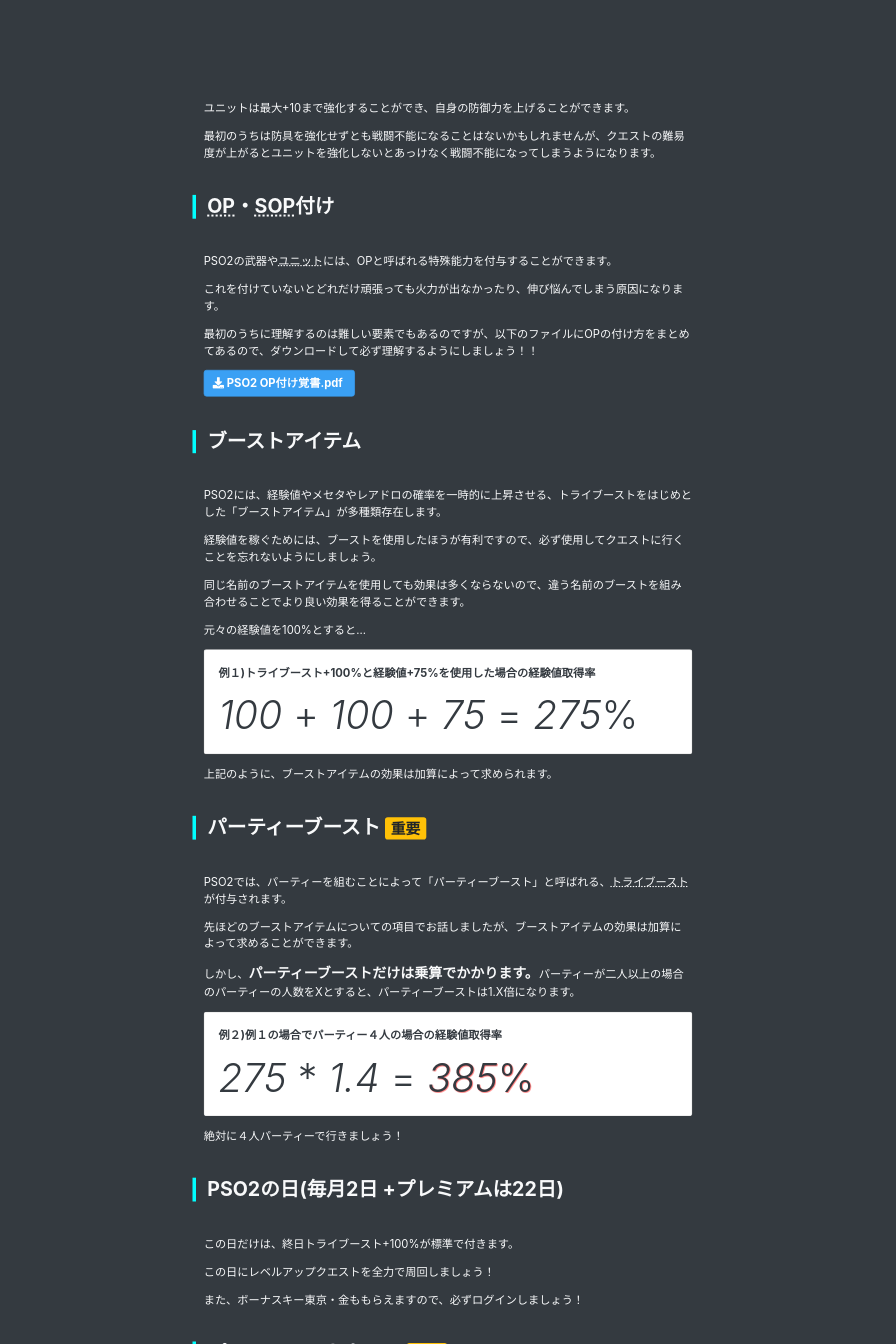
Repository: milkyahonpo/Website_source
Page: docs/capture.html
An editor plug-in stored every save of this project. The page is shown before and after the next save, followed by the edit.
The browser window is 1280 px wide. The pictures show the part of the page from y = 3819 to 5739 px (the page is 10731 px tall before and 10771 px after), at 70% of full size.
Pictures or frames that could not be fetched are drawn as grey boxes. Some web libraries are served in a nearby version.

Above is the page before, as saved 2020-02-03 10:08:29.

### docs/capture.html
<!DOCTYPE html>
<html lang="ja">
  <head>
    <!-- Required meta tags -->
    <meta charset="utf-8">
    <meta name="viewport" content="width=device-width, initial-scale=1, shrink-to-fit=no">
    <!-- Bootstrap CSS -->
    <link rel="stylesheet" href="https://stackpath.bootstrapcdn.com/bootstrap/4.3.1/css/bootstrap.min.css" integrity="sha384-ggOyR0iXCbMQv3Xipma34MD+dH/1fQ784/j6cY/iJTQUOhcWr7x9JvoRxT2MZw1T" crossorigin="anonymous">
    <!-- My CSS -->
    <link rel="stylesheet" href="css/capture.css">
    <!-- favicon -->
    <link rel="shortcut icon" href="img/favicon.ico">
    <!-- Font Awesome -->
    <link href="https://use.fontawesome.com/releases/v5.6.1/css/all.css" rel="stylesheet">
    <!-- Google Fonts -->
    <link href="https://fonts.googleapis.com/css?family=Titillium+Web&display=swap" rel="stylesheet">

    <title>みるく屋本舗 - 攻略本 -</title>
  </head>

  <body>
  <!-- Navigation -->
  <nav class="navbar navbar-expand-lg navbar-light fixed-top py-3" id="mainNav">
    <div class="container">
      <a class="navbar-brand" href="index.html">
        <img src="./img/logo.png" width="50" height="50" alt="">
        <b>みるく屋本舗</b>
      </a>
      <button class="navbar-toggler navbar-togglar-right" type="button" data-toggle="collapse" data-target="#navbarResponsive" aria-controls="navbarResponsive" aria-expanded="false" aria-label="Toggle navigation">
        <span class="navbar-toggler-icon"></span>
      </button>
      <div class="collapse navbar-collapse" id="navbarResponsive">
        <ul class="navbar-nav ml-auto my-2 my-lg-0">
          <li class="nav-item">
            <a class="nav-link js-scroll-trigger" href="#basic">基礎知識</a>
          </li>
          <li class="nav-item">
            <a class="nav-link js-scroll-trigger" href="#lv1-50">Lv01～Lv50</a>
          </li>
          <li class="nav-item">
            <a class="nav-link js-scroll-trigger" href="#lv51-75">Lv51～Lv75</a>
          </li>
          <li class="nav-item">
            <a class="nav-link js-scroll-trigger" href="#lv76-80">Lv76～Lv80</a>
          </li>
          <li class="nav-item">
            <a class="nav-link js-scroll-trigger" href="#lv81-90">Lv81～Lv90</a>
          </li>
        </ul>
      </div>
    </div>
  </nav>
  <!-- About Section -->
  <section class="page-section h-100 bg-dark text-light">
    <div class="container h-100">
      <div class="row h-100 justify-content-center align-items-center">
        <div class="col-lg-8">
          <h2 class="display-1 mt-0 font-weight-bold text-center"><span style="color: cyan;">攻</span>略本</h2>
          <hr class="divider my-4">
          <p class="lead text-center">チムメンに役立つ育成情報を掲載します！</p>
          <p class="text-center"><small>最終更新 : 2020/01/23</small></p>
        </div>
      </div>
    </div>
  </section>

  <div class="page-section bg-dark text-light">
    <div class="container">
      <div class="row py-5 justify-content-center" id="basic">
        <div class="col-md-8">
          <h2 class="font-weight-bold">基礎知識</h2>
          <h3 class="my-5 pl-3"><strong class="font-weight-bold">メインクラスとサブクラス</strong></h3>
          <div class="px-3">
            <div>
              PSO2には「メインクラス」と「サブクラス」があります。
              <ul>
                <li>「メインクラス」装備できる武器に影響するクラス</li>
                <li>「サブクラス」一部のスキルとステータスの影響を受けるクラス<br>
              </ul>
              以下にクラス一覧と、その装備できる武器について示します。
            </div>
            <p class="alert alert-info">ガンスラッシュはどのクラスでも使用することができます。</p>
            <h4>通常クラス</h4>
            <table class="table table-striped table-hover my-3 table-dark">
              <tr><th>アイコン</th><th>クラス名</th><th>略称</th><th>装備できる武器</th></tr>
              <tr><td><img class="img-thumbnail" src="img/Hu.png"　style="display: inline-block" width="50px" height="auto"></td><td><a href="https://pso2.swiki.jp/index.php?%E3%83%8F%E3%83%B3%E3%82%BF%E3%83%BC">ハンター</a></td><td>Hu</td><td><ul><li>ソード</li><li>ワイヤードランス</li><li>パルチザン</li></ul></td></tr>
              <tr><td><img class="img-thumbnail" src="img/Fi.png"　style="display: inline-block" width="50px" height="auto"></td><td><a href="https://pso2.swiki.jp/index.php?%E3%83%95%E3%82%A1%E3%82%A4%E3%82%BF%E3%83%BC">ファイター</a></td><td>Fi</td><td><ul><li>ツインダガー</li><li>ダブルセイバー</li><li>ナックル</li></ul></td></tr>
              <tr><td><img class="img-thumbnail" src="img/Ra.png"　style="display: inline-block" width="50px" height="auto"></td><td><a href="https://pso2.swiki.jp/index.php?%E3%83%AC%E3%83%B3%E3%82%B8%E3%83%A3%E3%83%BC">レンジャー</a></td><td>Ra</td><td><ul><li>ランチャー</li><li>アサルトライフル</li></ul></td></tr>
              <tr><td><img class="img-thumbnail" src="img/Gu.png"　style="display: inline-block" width="50px" height="auto"></td><td><a href="https://pso2.swiki.jp/index.php?%E3%82%AC%E3%83%B3%E3%83%8A%E3%83%BC">ガンナー</a></td><td>Gu</td><td><ul><li>ツインマシンガン</li><li>アサルトライフル</li></ul></td></tr>
              <tr><td><img class="img-thumbnail" src="img/Fo.png"　style="display: inline-block" width="50px" height="auto"></td><td><a href="https://pso2.swiki.jp/index.php?%E3%83%95%E3%82%A9%E3%83%BC%E3%82%B9">フォース</a></td><td>Fo</td><td><ul><li>ロッド</li><li>タリス</li></ul></td></tr>
              <tr><td><img class="img-thumbnail" src="img/Te.png"　style="display: inline-block" width="50px" height="auto"></td><td><a href="https://pso2.swiki.jp/index.php?%E3%83%86%E3%82%AF%E3%82%BF%E3%83%BC">テクター</a></td><td>Te</td><td><ul><li>ウォンド</li><li>タリス</li></ul></td></tr>
              <tr><td><img class="img-thumbnail" src="img/Br.png"　style="display: inline-block" width="50px" height="auto"></td><td><a href="https://pso2.swiki.jp/index.php?%E3%83%96%E3%83%AC%E3%82%A4%E3%83%90%E3%83%BC">ブレイバー</a></td><td>Br</td><td><ul><li>カタナ</li><li>バレットボウ</li></ul></td></tr>
              <tr><td><img class="img-thumbnail" src="img/Bo.png"　style="display: inline-block" width="50px" height="auto"></td><td><a href="https://pso2.swiki.jp/index.php?%E3%83%90%E3%82%A6%E3%83%B3%E3%82%B5%E3%83%BC">バウンサー</a></td><td>Bo</td><td><ul><li>ジェットブーツ</li><li>デュアルブレード</li></ul></td></tr>
              <tr><td><img class="img-thumbnail" src="img/Su.png"　style="display: inline-block" width="50px" height="auto"></td><td><a href="https://pso2.swiki.jp/index.php?%E3%82%B5%E3%83%A2%E3%83%8A%E3%83%BC">サモナー</a></td><td>Su</td><td><ul><li>タクト</li></ul></td></tr >
            </table>
            <div class="my-5">
              <p>これらの通常クラスのいずれか２つをレベル75にすることで選択可能になる<strong class="lead font-weight-bold">「後継クラス」</strong>というものがあります。</p>
              <p>後継クラスは現状で３つあり、ファントムとエトワールはサブクラスとしてセットすることができますが、メインクラスとして使う場合、<strong class="lead font-weight-bold">全てサブクラスをセットすることができません。</strong>その代わりに、各クラス特徴のある強力なクラススキルを有しており、非常に優秀なクラスとなっています。</p>
            </div>
            <h4>後継クラス</h4>
            <table class="table table-striped table-hover my-3 table-dark">
              <tr><th>アイコン</th><th>クラス名</th><th>略称</th><th>装備できる武器</th></tr>
              <tr><td><img class="img-thumbnail" src="img/Hr.png"　style="display: inline-block" width="50px" height="auto"></td class="align-items-center"><td><a href="https://pso2.swiki.jp/index.php?%E3%83%92%E3%83%BC%E3%83%AD%E3%83%BC">ヒーロー</a></td><td>Hr</td><td><ul><li>ソード</li><li>ツインマシンガン</li><li>タリス</li></ul></td></tr>
              <tr><td><img class="img-thumbnail" src="img/Ph.png"　style="display: inline-block" width="50px" height="auto"></td><td><a href="https://pso2.swiki.jp/index.php?%E3%83%95%E3%82%A1%E3%83%B3%E3%83%88%E3%83%A0">ファントム</a></td><td>Ph</td><td><ul><li>カタナ</li><li>アサルトライフル</li><li>ロッド</li></td></tr>
              <tr><td><img class="img-thumbnail" src="img/Et.png"　style="display: inline-block" width="50px" height="auto"></td><td><a href="https://pso2.swiki.jp/index.php?%E3%82%A8%E3%83%88%E3%83%AF%E3%83%BC%E3%83%AB">エトワール</a></td><td>Et</td><td><ul><li>ダブルセイバー</li><li>デュアルブレード</li><li>ウォンド</li></td></tr>
            </table>
            <p>「メインクラス」は、当然ですが入手した経験値の100%が加算されます。</p>
            <p>「サブクラス」も、セットしておくだけでサブクラスがレベル70までは<strong class="lead font-weight-bold">メインクラスが獲得した経験値の25%</strong>が加算されます。</p>
            <p>そのため、必ずサブクラスをつけておきましょう。</p>
          </div>
          <h3 class="my-5 pl-3"><strong class="font-weight-bold">武器やユニットの強化</strong></h3>
          <div class="px-3">
            <p>入手した武器やユニットを強化することで、より強力なものにすることができます。</p>
            <p>2016/04/20以降に実装された武器は「新世武器」と呼ばれ、現状主力の武器などは基本的に全てこれにあたります。</p>
            <p>新世武器は最大+35まで強化することができ、+10ごとに武器ごとに設定されている潜在能力という強力な能力が解放され、最大Lv3になります。</p>
            <div class="movie-box">
              <iframe width="560" height="315" src="https://www.youtube-nocookie.com/embed/dSWcW5Sa8bw" frameborder="0" allow="accelerometer; autoplay; encrypted-media; gyroscope; picture-in-picture" allowfullscreen></iframe>
              <iframe width="560" height="315" src="https://www.youtube-nocookie.com/embed/HepugsvGa0Y" frameborder="0" allow="accelerometer; autoplay; encrypted-media; gyroscope; picture-in-picture" allowfullscreen></iframe>
            </div>
            <p>ユニットは最大+10まで強化することができ、自身の防御力を上げることができます。</p>
            <p>最初のうちは防具を強化せずとも戦闘不能になることはないかもしれませんが、クエストの難易度が上がるとユニットを強化しないとあっけなく戦闘不能になってしまうようになります。</p>
          </div>
          <h3 class="my-5 pl-3"><strong class="font-weight-bold"><abbr title="特殊能力(DL先のファイルに詳細)">OP</abbr>・<abbr title="S級特殊能力(DL先のファイルに詳細)">SOP</abbr>付け</strong></h3>
          <div class="px-3">
            <p>PSO2の武器や<abbr title="防具のこと">ユニット</abbr>には、OPと呼ばれる特殊能力を付与することができます。</p>
            <p>これを付けていないとどれだけ頑張っても火力が出なかったり、伸び悩んでしまう原因になります。</p>
            <p>最初のうちに理解するのは難しい要素でもあるのですが、以下のファイルにOPの付け方をまとめてあるので、ダウンロードして必ず理解するようにしましょう！！</p>
            <a class="text-decoration-none" href="./document/PSO2 OP付け覚書.pdf" download="PSO2 OP付け覚書.pdf">
              <button class="btn btn-primary">
                <span class="text-decoration-none"><i class="fas fa-download"></i><b class="px-1">PSO2 OP付け覚書.pdf</b></span>
              </button>
            </a>
          </div>
          <h3 class="my-5 pl-3"><strong class="font-weight-bold">ブーストアイテム</strong></h3>
          <div class="px-3">
            <p>PSO2には、経験値やメセタやレアドロの確率を一時的に上昇させる、トライブーストをはじめとした「ブーストアイテム」が多種類存在します。</p>
            <p>経験値を稼ぐためには、ブーストを使用したほうが有利ですので、必ず使用してクエストに行くことを忘れないようにしましょう。</p>
            <p>同じ名前のブーストアイテムを使用しても効果は多くならないので、違う名前のブーストを組み合わせることでより良い効果を得ることができます。</p>
            <p>元々の経験値を100%とすると...</p>
            <div class="card mb-3 text-dark">
              <div class="card-body">
              <p><b>例１)トライブースト+100%と経験値+75%を使用した場合の経験値取得率</b></p>
              <strong class="my-1 display-4"><var>100</var> + <var>100</var> + <var>75</var> = <var>275</var>%</strong>
              </div>
            </div>
            <p>上記のように、ブーストアイテムの効果は加算によって求められます。</p>
          </div>
          <h3 class="my-5 pl-3"><strong class="font-weight-bold">パーティーブースト </strong><span class="badge badge-warning">重要</span></h3>
          <div class="px-3">
            <p>PSO2では、パーティーを組むことによって「パーティーブースト」と呼ばれる、<abbr title="略称「トラブ」 メセタ、レアドロ、経験値獲得量UP">トライブースト</abbr>が付与されます。</p>
            <p>先ほどのブーストアイテムについての項目でお話しましたが、ブーストアイテムの効果は加算によって求めることができます。</p>
            <p>しかし、<strong class="lead font-weight-bold">パーティーブーストだけは乗算でかかります。</strong>パーティーが二人以上の場合のパーティーの人数をXとすると、パーティーブーストは1.X倍になります。</p>
            <div class="card mb-3 text-dark">
              <div class="card-body">
              <p><b>例２)例１の場合でパーティー４人の場合の経験値取得率</b></p>
              <strong class="my-1 display-4"><var>275</var> * <var>1.4</var> = <span class="enh"><var>385</var>%</span></strong><br>
              </div>
            </div>
            <p>絶対に４人パーティーで行きましょう！</p>
          </div>
          <h3 class="my-5 pl-3"><strong class="font-weight-bold">PSO2の日(毎月2日 +プレミアムは22日)</strong></h3>
          <div class="px-3">
            <p>この日だけは、終日トライブースト+100%が標準で付きます。</p>
            <p>この日にレベルアップクエストを全力で周回しましょう！</p>
            <p>また、ボーナスキー東京・金ももらえますので、必ずログインしましょう！</p>
          </div>
          <h3 class="my-5 pl-3"><strong class="font-weight-bold">プレミアムアカウント </strong><span class="badge badge-warning">重要</span></h3>
          <div class="px-3">
            <p>プレミアムアカウントだと、その期間は常にトライブースト+50%が付与されます。</p>
            <p>また、プレミアムアカウントだとプレミアムドリンクを飲むことができ、確定で経験値UPの効果を得られるドリンクを飲むことができます！</p>
            <p>一応ノーマルアカウントでもランダムで出ますが、そちらは+10%でこちらは+15%なので、地味にありがたいことであったりします。</p>
            <p>その他多くのメリットがあり、非常におすすめです。詳細は以下からご確認ください。</p>
            <a href="http://pso2.jp/players/manual/preparations/ac/#sys-manual-513"><button class="btn btn-primary"><i class="fas fa-question-circle"></i> プレミアムアカウントについて</button></a>
          </div>
        </div>
      </div>
      <div class="row py-5 justify-content-center" id="lv1-50">
        <div class="col-lg-8">
          <h2><b>Lv01～50</b></h2>
          <h3 class="my-5 pl-3"><strong class="font-weight-bold">クエストに行かない！</strong></h3>
          <div class="px-3">
            <p>それが大事です。ひたすらに。</p>
            <p>理由としては、難易度的にも効率的にも、経験値がおいしくないからです。</p>
            <p>初心者として始めた時点だと、倉庫に「経験値獲得チケット」が眠っているので、まずはそれを使ってドシドシとレベルを上げていきましょう！</p>
            <p>１レベル上がるのに必要な経験値が一気に上がるのは41レベル以降なので、そこまでは一気に上がっていくはずです。</p>
            <p><strong class="lead font-weight-bold">しかし！！</strong>以下の注意点があります...</p>
          </div>
          <h3 class="my-5 pl-3"><strong class="font-weight-bold">レベル制限解除試練・Ⅰ<span class="mx-3">or</span>Ⅱ</strong></h3>
          <div class="px-3">
            <p><strong class="lead font-weight-bold">ゲートエリアのNPCコフィーのクライアントオーダー</strong>から、Ⅰはクラスレベル20、Ⅱはクラスレベル35になると受けることができます。</p>
            <p>このオーダーをクリアしておかないと、レベル30とレベル40の時点で<abbr title="レベルがそれ以上上がらない状態になること">レベルキャップ</abbr>を迎えてしまいます。そうなると経験値チケットを使用しても無駄になるだけなので、しっかりと解放しておきましょう！</p>
          </div>
        </div>
      </div>
      <div class="row py-5 justify-content-center" id="lv51-75">
        <div class="col-lg-8">
          <h2 class="mb-5"><b>Lv51～75</b></h2>
          <h3 class="my-5 pl-3"><strong class="font-weight-bold">ボーナスキー</strong></h3>
          <div class="px-3">
            <p><strong class="lead font-weight-bold">ここまで取っておいた君！よく我慢した！！！</strong></p>
            <p>ボーナスキーは有効期限がありますので、ここらで使うのも手ではないでしょうか。</p>
            <p>しかし、ボーナスクエストは、自身の現在のレベルに比例して取得できる経験値量が増加します。</p>
            <p>自身のレベルが80になると、取得できる経験値量の変動が頭打ちになるので、そこで使うのがもっとも効率が良い方法になります。</p>
            <p><strong class="lead font-weight-bold">PSO2の日はボーナスクエストにも経験値+100%がつく</strong>ので、期限がもつならその時に行きましょう！</p>
          </div>
          <h3 class="my-5 pl-3"><strong class="font-weight-bold">暗影渦巻く壊れた世界SH </strong><span class="badge badge-warning">重要</span></h3>
          <div class="px-3">
            <p>これより経験値がおいしいクエストは、他にはボーナスキーしかないレベルです。</p>
            <p>圧倒的経験値効率を誇るクエストなので、レベリングには必ず行きましょう！</p>
            <p><strong class="lead font-weight-bold">レベルアップクエストの仕様上、5日周期で1日来る</strong>ので必ずチェックしておきましょう。</p>
          </div>
          <h3 class="my-5 pl-3"><strong class="font-weight-bold">クラスごとの<abbr title="スキルポイント スキルツリーのスキルを取得するために必要になる レベル1UPごとに1SP">SP</abbr>取得クライアントオーダー </strong><span class="badge badge-warning">重要</span></h3>
          <div class="px-3">
            <p>レベル75になると、クラスキューブというアイテムを渡すことによって、クラスごとにSPを獲得できるクライアントオーダーが解放されます。</p>
            <p>クラスキューブとは、ハンターであれば「Huエクスキューブ」といったような、クラスの略称がついたアイテムになります。</p>
            <p>全てのクラス共通で、最初は1個、次は2個、3個、4個と要求数が増えていき、全4つのオーダーで合計10個のクラスキューブが必要になります。</p>
            <p><strong class="lead font-weight-bold">ゲートエリアのNPCシロナの「トレジャーショップ」</strong>から、SGまたはメセタを使用してクラスキューブを購入することができます。売っているクラスキューブは日替わりなので、自分の欲しいクラスキューブが陳列された時に購入しましょう！</p>
            <p>また、レベル90のレベルキャップに到達した状態でレベルアップすることで、そのクラスのクラスキューブを<strong class="lead font-weight-bold">レベルアップごとに７個</strong>取得することができます。</p>
          </div>
        </div>
      </div>
          <!--
          <h3 class="my-5 pl-3"><strong class="font-weight-bold">レベル75制限解除試験・○○ </strong><span class="badge badge-info">後継クラスのみ</span></h3>
          <p>レベル75制限解除試験とは、その名の通りレベル75のレベルキャップを解放するクライアントオーダーです。</p>
          <p>これまでもレベル30の時点やレベル40の時点にも存在したものと同じになります。</p>
          <p>このレベルキャップ解放はクラスごとにクリアする必要があります。</p>
          <p>条件は、<br>
          <strong class="lead font-weight-bold">「<abbr title="ガンスラッシュは対象外です">メインクラスで装備できる武器種</abbr>の☆13以上を+35まで強化する」</strong><br>
          というものになります。</p>
          <p><strong class="lead font-weight-bold">ゲートエリアのNPCプリンの「コレクトシート」</strong>で、☆13武器の+35をゲットするだけで達成することができます。</p>
          <p>コレクトシートとは、数あるアイテムの中から自身が欲しいアイテムを選択し、そのアイテムのシートを入手したのちに、シート中に記載されている必要項目を全達成することで対象のアイテムが入手できるというものです。</p>
          <p>それぞれの項目に指定された条件を達成すると項目のゲージが上昇していき、ゲージが最大になった時にドロップするアイテムを入手することで項目が達成されます。</p>
          <p>基本的にコレクトシートの項目の条件は、入手した時点で開催されている緊急クエストや期間限定クエストで達成できるものが設定されているので、どんどん参加しましょう！</p>
          -->

      <div class="row py-5 justify-content-center" id="lv76-80">
        <div class="col-lg-8">
          <h2 class="mb-5"><b>Lv76～80</b></h2>
          <h3 class="my-5 pl-3"><strong class="font-weight-bold">必要経験値の異常なまでの上昇 </strong><span class="badge badge-danger">難関</span></h3>
          <p><strong class="lead font-weight-bold">今までとは比べ物にならないくらいにレベルが上がらなくなってきます。</strong></p>
          <p>ただ、昔のPSO2と比較したら今はボーナスキーもあり、レベルアップクエストなんてものもあり、
          そのうえPSO2の日では経験値+100%で、プレミアムなら毎日トライブースト+50%もつくだって！？</p>
          <strong class="lead font-weight-bold">めげずに頑張りましょう！私たちがついています！</strong>

          <h3 class="my-5 pl-3"><strong class="font-weight-bold">ボーナスキー </strong></h3>
          <p>それはここでも同じです。</p>
          <p>PSO2で経験値が一番おいしいクエストは間違いなくボーナスキー！</p>
          <p>手に入れたらPSO2の日をねらって絶対に行きましょう！</p>
          <p>(ブーストアイテムを忘れずにね！)</p>

          <h3 class="my-5 pl-3"><strong class="font-weight-bold">暗影渦巻く壊れた世界XH </strong><span class="badge badge-success">更新時点 推奨</span></h3>
          <p>現状最強武器の「リバレイト〇〇」という武器の入手にはクラスキューブが必要になります。</p>
          <p>また、2020/02/05まで開催されている<a href="http://pso2.jp/players/event/newyear2020/">SPACE MAGATSU DESTROYERS</a>の個人ポイント獲得はこの暗影でもためることができ、暗影は1周2分で周回できるので非常に高効率となっています。(本来あってはならないことかもしれませんが...)</p>
          <p>以上の理由から、現時点では高レベルのプレイヤーも暗影を周回しており、人がすぐに集まることも多いため、以下に記載してあるSHを周回するよりも圧倒的に高効率でレベルアップすることができます。</p>

          <h3 class="my-5 pl-3"><strong class="font-weight-bold">暗影渦巻く壊れた世界SH </strong><span class="badge badge-secondary">更新時点 非推奨</span></h3>
          <p>「え？なんでまだこの段階でもXH行かないの？」</p>
          <p>そう思う方も多いことでしょう。</p>
          <p>試しにXHに行ってみた方はわかると思いますが、
          <strong class="lead font-weight-bold">クエストに12人いることのほうが少ないです。</strong></p>
          <p>理由はSHとXHの受注可能なレベル帯の差にあります。</p>
          <p>SHはレベル50から受注可能で、XHには、メインサブの双方を75まで上げないと行けません。</p>
          <p>なので、SHを回るのは、75-50=レベル25分の幅の方で、
          なおかつメインはレベル75であってもサブはまだという方も含まれます。</p>
          <p>それに対してXHはレベル75から受注可能で、最大はレベル90です。</p>
          <p>なので、XHを回るのは、90-75=レベル15分の幅の方で、
          なおかつメインサブ双方が75以上である方です。</p>
          <p>それゆえに、暗影で人数が集まるのは必然的にSHとなるわけです。</p>
          <p>人数が集まるということは、パーティーが組めるのでブーストがのる。</p>
          <p><strong class="lead font-weight-bold">そういうことです！</strong></p>

          <h3 class="my-5 pl-3"><strong class="font-weight-bold">クラスごとのSP取得クライアントオーダー </strong></h3>
          <p>Lv51～75で前述のとおりです。</p>
          <p>もしもレベル75の時点でやっていなかったのであれば、必ずここで済ませてしまいましょう！</p>

          <!--
          <h3 class="my-5 pl-3"><strong class="font-weight-bold">レベル80制限解除試験・○○ </strong></h3>
          <p>「またレベルキャップか・・・」</p>
          <p>安心してください。今回のは<b>めちゃくちゃ簡単</b>です。</p>
          <p>レベルを75にした時点で称号報酬でもらっていた、３つの<strong class="lead font-weight-bold">「サブ／ステラウォール」</strong>というユニット。</p>
          <p>若しくは、ここまで暗影を周回している人なら持っているであろう「ウェポンズバッジ2019」。</p>
          <p>それとバッジ交換ショップで交換できる☆12ユニットの、</p>
          <p><strong class="lead font-weight-bold">「リア／サーキュレイ」、「アーム／サーカレイ」、「レッグ／サークレイ」</strong>。</p>
          <p>そのどちらかのシリーズを全て+10にしてから装備して話しかけるだけで達成できます。</p>
          <p>ユニットの強化は、武器と比較してものすごく簡単なので、
          強化値+7までは補助アイテム何も無しで上げていき、
          +8以降は、「強化成功率+5%」と「強化リスク軽減(+1)」を使用して上げていくだけで十分です。</p>
          <p>もっていないのであれば、どちらも非常に安価にマイショップで販売していますので、
          どんどん上げて、ぱぱっと報告してしまいましょう！</p>
          -->
        </div>
      </div>
      <div class="row py-5 justify-content-center" id="lv81-90">
        <div class="col-lg-8">
          <h2 class="mb-5"><b>Lv81～90</b></h2>
          <h3 class="my-5 pl-3 display-4"><font color="orange">気合 <i class="fas fa-exclamation"></i></font></h3>
          <p>今までの知識をすべて駆使してレベルを上げていきましょう。</p>
          <p>ブースト、ボーナスキー、暗影...</p>
          <p><b style="font-size: 20px">頂上はもうすぐです！</b></p>
        </div>
      </div>
    </div>
  </div>
</section>
  <!-- Footer -->
  <footer class="bg-light py-5">
    <div class="container">
      <div class="small text-center text-muted">※当サイトの一部の掲載画像等に関する権利は、株式会社セガゲームズに帰属しています。</div>
      <div class="small text-center text-muted">Copyright &copy; 2019 - MYH / SEGA PHANTASY STAR ONLINE 2</div>
    </div>
  </footer>

  <!-- Bootstrap core JavaScript -->
  <script src="vendor/jquery/jquery.min.js"></script>
  <script src="vendor/bootstrap/js/bootstrap.bundle.min.js"></script>

  <!-- Plugin JavaScript -->
  <script src="vendor/jquery-easing/jquery.easing.min.js"></script>
  <script src="vendor/magnific-popup/jquery.magnific-popup.min.js"></script>

  <!-- Custom scripts for this template -->
  <script src="js/creative.min.js"></script>

    <!-- Optional JavaScript -->
    <!-- jQuery first, then Popper.js, then Bootstrap JS -->
    <script src="https://code.jquery.com/jquery-3.3.1.slim.min.js" integrity="sha384-q8i/X+965DzO0rT7abK41JStQIAqVgRVzpbzo5smXKp4YfRvH+8abtTE1Pi6jizo" crossorigin="anonymous"></script>
    <script src="https://cdnjs.cloudflare.com/ajax/libs/popper.js/1.14.7/umd/popper.min.js" integrity="sha384-UO2eT0CpHqdSJQ6hJty5KVphtPhzWj9WO1clHTMGa3JDZwrnQq4sF86dIHNDz0W1" crossorigin="anonymous"></script>
    <script src="https://stackpath.bootstrapcdn.com/bootstrap/4.3.1/js/bootstrap.min.js" integrity="sha384-JjSmVgyd0p3pXB1rRibZUAYoIIy6OrQ6VrjIEaFf/nJGzIxFDsf4x0xIM+B07jRM" crossorigin="anonymous"></script>
  </body>
</html>

### docs/js/creative.min.js
/*!
 * Start Bootstrap - Creative v5.1.6 (https://startbootstrap.com/template-overviews/creative)
 * Copyright 2013-2019 Start Bootstrap
 * Licensed under MIT (https://github.com/BlackrockDigital/startbootstrap-creative/blob/master/LICENSE)
 */

!function (e) { "use strict"; e('a.js-scroll-trigger[href*="#"]:not([href="#"])').click(function () { if (location.pathname.replace(/^\//, "") == this.pathname.replace(/^\//, "") && location.hostname == this.hostname) { var a = e(this.hash); if ((a = a.length ? a : e("[name=" + this.hash.slice(1) + "]")).length) return e("html, body").animate({ scrollTop: a.offset().top - 72 }, 1e3, "easeInOutExpo"), !1 } }), e(".js-scroll-trigger").click(function () { e(".navbar-collapse").collapse("hide") }), e("body").scrollspy({ target: "#mainNav", offset: 75 }); function a() { 100 < e("#mainNav").offset().top ? e("#mainNav").addClass("navbar-scrolled") : e("#mainNav").removeClass("navbar-scrolled") } a(), e(window).scroll(a)/*, e("#portfolio").magnificPopup({ delegate: "a", type: "image", tLoading: "Loading image #%curr%...", mainClass: "mfp-img-mobile", gallery: { enabled: !0, navigateByImgClick: !0, preload: [0, 1] }, image: { tError: '<a href="%url%">The image #%curr%</a> could not be loaded.' } })*/ }(jQuery);

Loaded but not shown: docs/css/capture.css (library); docs/vendor/jquery/jquery.min.js (library); docs/vendor/bootstrap/js/bootstrap.bundle.min.js (library); docs/vendor/jquery-easing/jquery.easing.min.js (common file); docs/vendor/magnific-popup/jquery.magnific-popup.min.js (library)

After the next save:
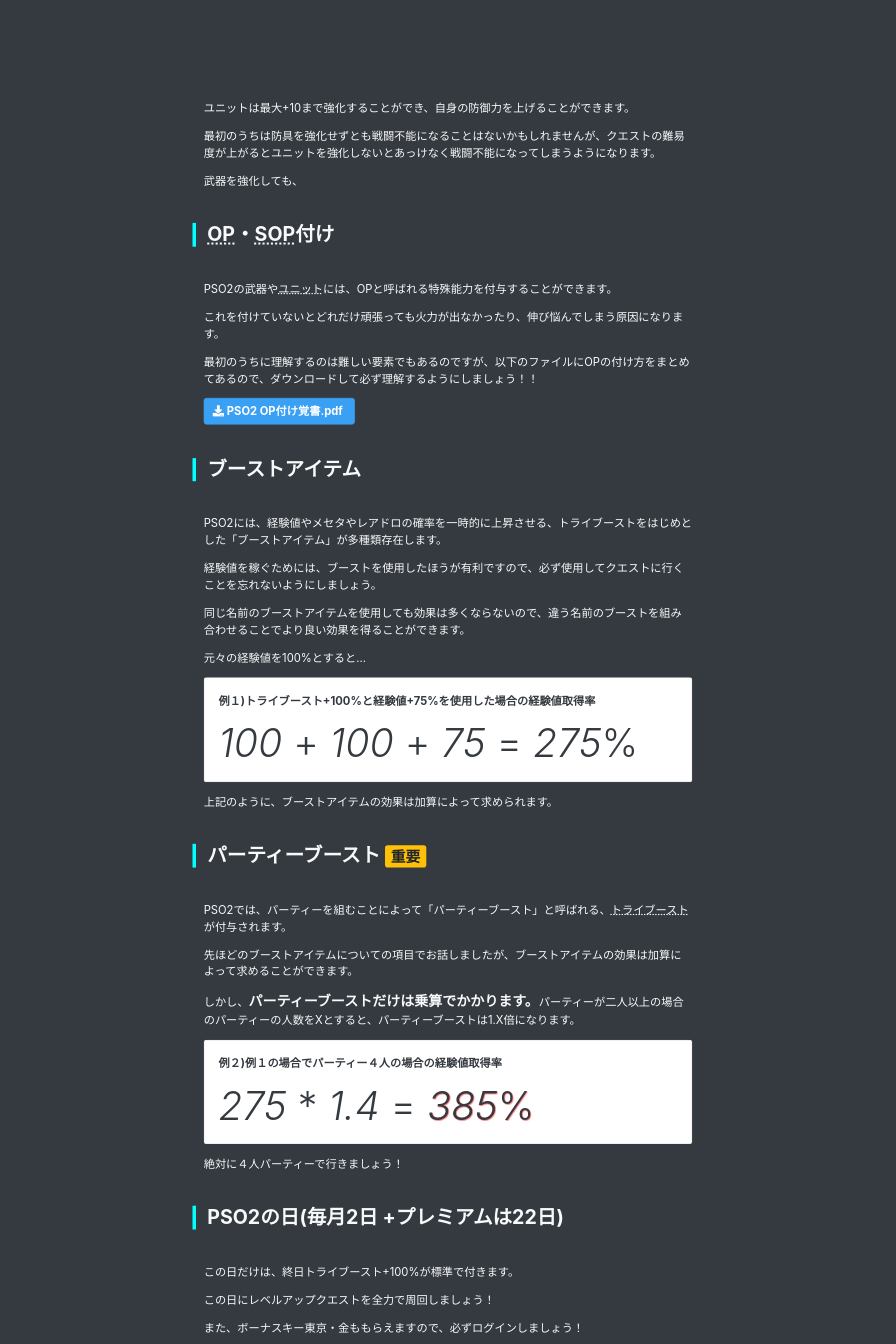
Saved 18 s later.
--- a/docs/capture.html
+++ b/docs/capture.html
@@ -119,6 +119,7 @@
             </div>
             <p>ユニットは最大+10まで強化することができ、自身の防御力を上げることができます。</p>
             <p>最初のうちは防具を強化せずとも戦闘不能になることはないかもしれませんが、クエストの難易度が上がるとユニットを強化しないとあっけなく戦闘不能になってしまうようになります。</p>
+            <p>武器を強化しても、</p>
           </div>
           <h3 class="my-5 pl-3"><strong class="font-weight-bold"><abbr title="特殊能力(DL先のファイルに詳細)">OP</abbr>・<abbr title="S級特殊能力(DL先のファイルに詳細)">SOP</abbr>付け</strong></h3>
           <div class="px-3">
